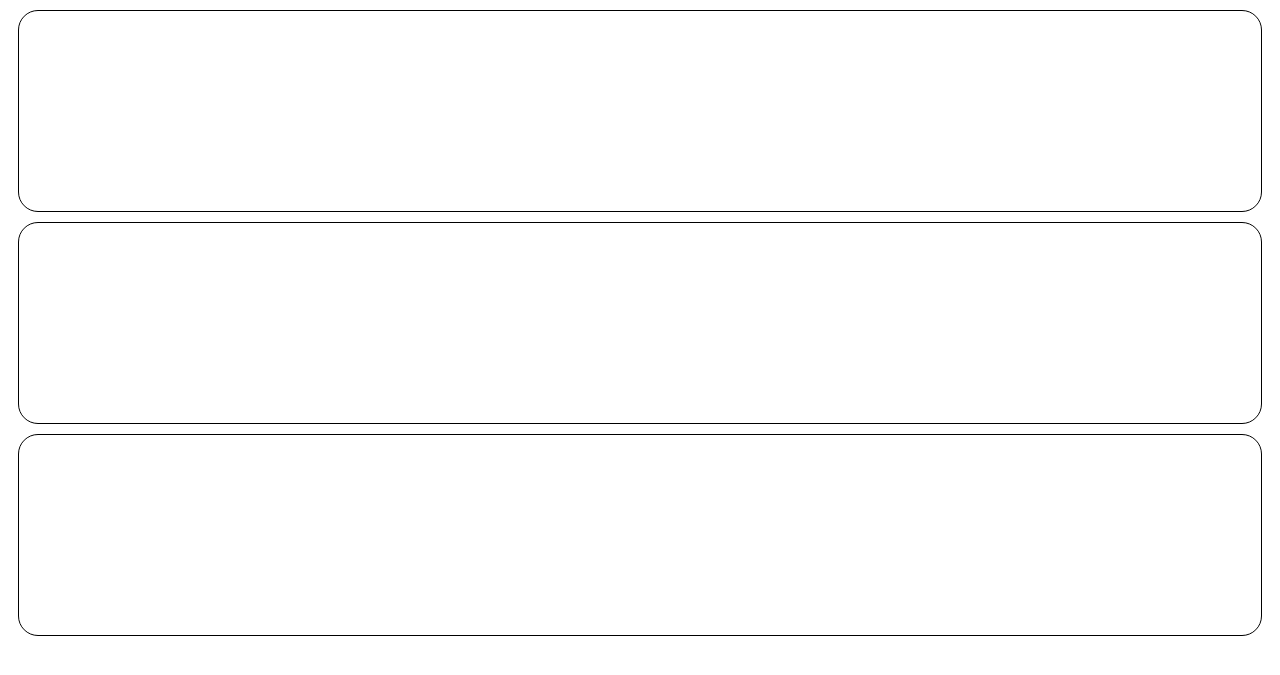
Repository: gustavotwist/html-css
Page: ex22/fundo02.html
The author's editor kept a copy of each file at every save. The page is drawn from the files as they stood at one save, then again after a run of saves.
The browser window is 1280 px wide. The pictures show the whole page.

Above is the page before, as saved 2024-04-10 22:43:47.

After the next 2 saves:
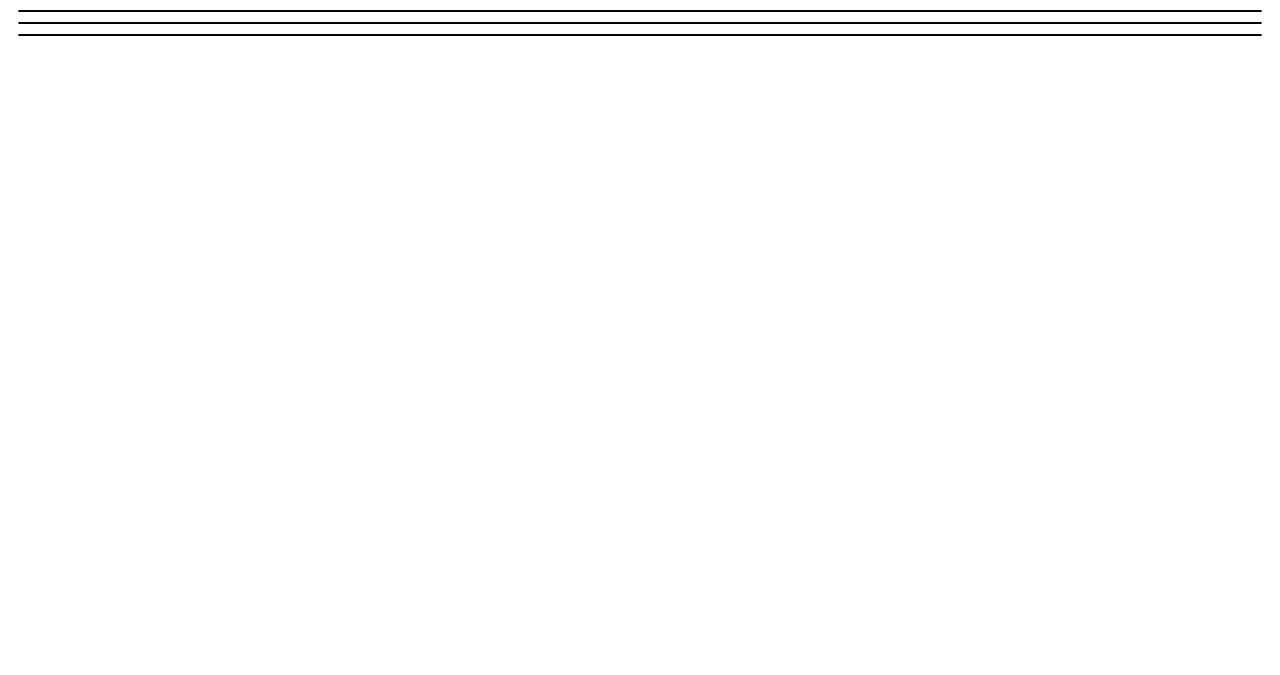
The 2 saves are shown as one change because they came seconds apart.
The last was saved 66 s later.
--- a/ex22/fundo02.html
+++ b/ex22/fundo02.html
@@ -6,6 +6,7 @@
     <title>Posição dos Fundos</title>
     <style>
         div.bloco {
+            background-image
             height: 200px;
             border: 1px solid black;
             border-radius: 20px;

After the 3 saves that followed:
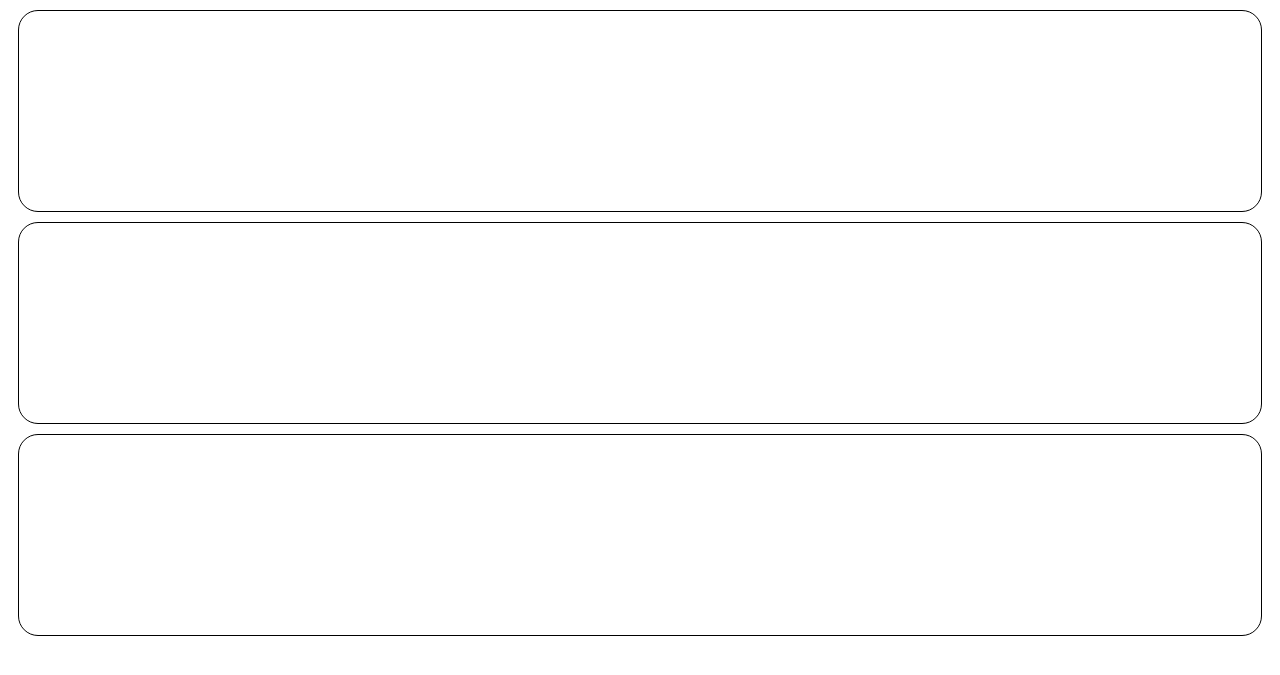
The 3 saves are shown as one change because they came seconds apart.
The last was saved 11 s later.
--- a/ex22/fundo02.html
+++ b/ex22/fundo02.html
@@ -6,7 +6,7 @@
     <title>Posição dos Fundos</title>
     <style>
         div.bloco {
-            background-image
+            background-image:url();
             height: 200px;
             border: 1px solid black;
             border-radius: 20px;
